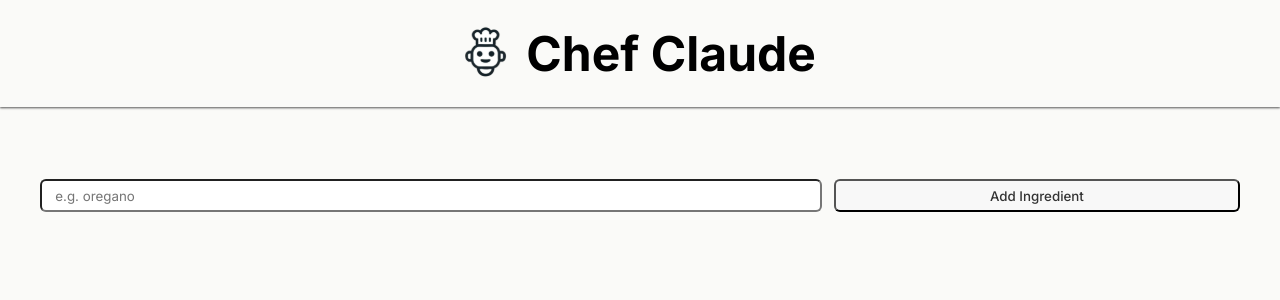
Repository: AchrafAzzaoui/Chef_Claude--React_Course_Scrimba_Project
Page: / (app in project/)
These files come from the project's save history. The page is drawn as it stood at one moment and after the next save; the edit follows.
The browser window is 1280 px wide. The pictures show the whole page.
The project was rebuilt for these pictures with package versions that can differ from the ones it lists, and the page was loaded fresh each time. Also part of the build but not shown: project/vite.config.js.

Above is the page before, as saved 2024-12-01 13:45:35.

After the next save:
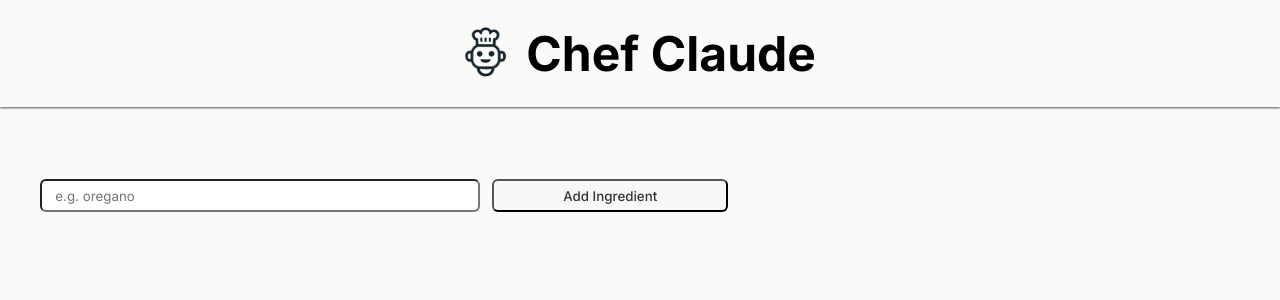
Saved 28 s later.
--- a/project/index.css
+++ b/project/index.css
@@ -36,6 +36,7 @@
 
 .add-ingredient-form {
   padding: 2em 0;
+  max-width: 720px;
 }
 
 .add-ingredient-form .form-group {
